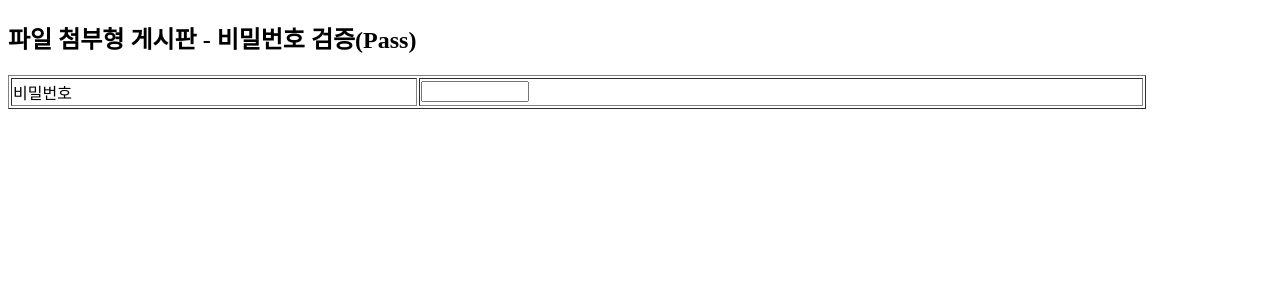
Repository: Park-Dongheon/Servlet-JSP_Training
Page: http://localhost/MustHaveJSP/14MVCBoard/Pass.jsp
The author's editor kept a copy of each file at every save. The page is drawn from the files as they stood at one save, then again after the next save.
The browser window is 1280 px wide. The pictures show the whole page.
The page is served by Tomcat 10.

Above is the page before, as saved 2024-06-28 06:17:02.

After the next save:
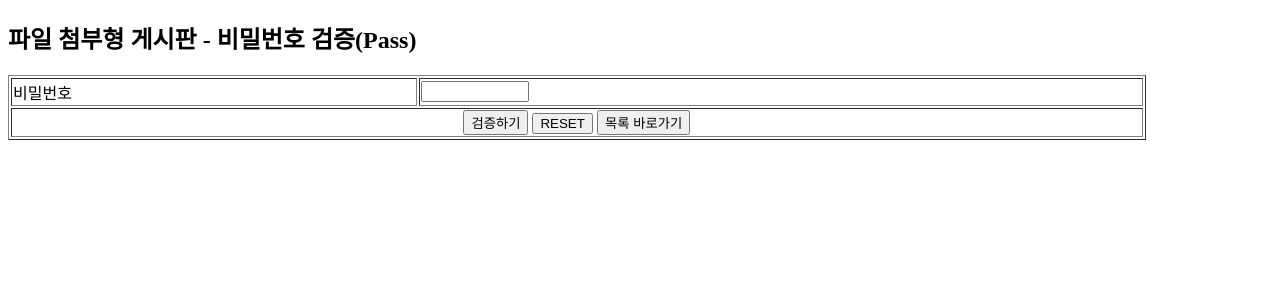
Saved 97 s later.
--- a/MustHaveJSP/src/main/webapp/14MVCBoard/Pass.jsp
+++ b/MustHaveJSP/src/main/webapp/14MVCBoard/Pass.jsp
@@ -28,6 +28,15 @@
 					<input type="password" name="pass" style="width:100px;" />
 				</td>
 			</tr>
+			<tr>
+				<td colspan="2" align="center">
+					<button type="submit">검증하기</button>
+					<button type="reset">RESET</button>
+					<button type="button" onclick="location.href='../mvcboard/list.do';">
+						목록 바로가기
+					</button>
+				</td>
+			</tr>
 		</table>
 	</form>
 </body>
